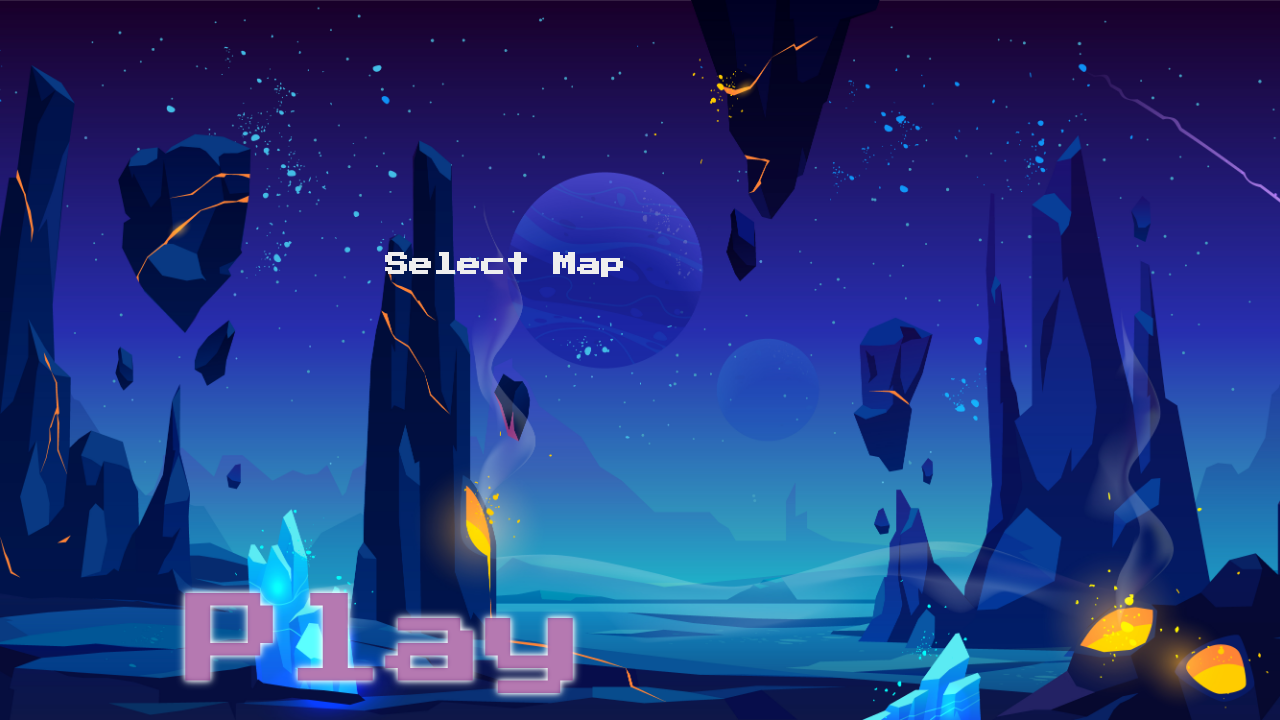
Repository: Gaurav31052/Fighting-game
Page: home.html
These files come from the project's save history. The page is drawn as it stood at one moment and after a run of saves; the edit follows.
The browser window is 1280 px wide. The pictures show the whole page.

Above is the page before, as saved 2024-06-06 23:26:52.

### home.html
<!DOCTYPE html>
<html lang="en">

<head>
    <meta charset="UTF-8">
    <meta name="viewport" content="width=device-width, initial-scale=1.0">
    <title>Document</title>
    <link href="https://fonts.googleapis.com/css2?family=Press+Start+2P&display=swap" rel="stylesheet">
    <link rel="stylesheet" href="style.css">
</head>

<body>


    <!-- carousel -->
    <div class="carousel">
        <!-- list item -->
        <div class="list">
            <div class="item">

                <div class="MapName">
                   <h1 id="name">Select Map</h1>
                </div>

                <img id="mainbox" src="img/home.jpg" alt="">

                <button id="btn"><a href='game.html'>Play</a></button>
            </div>

        </div>


        <!-- list thumnail -->
        <div class="thumbnail" id="about">

            <div class="item" id="bg1"><img class="myimg" src="./img/background1.jpg" alt=""></div>
            <div class="item" id="bg2"><img class="myimg" src="./img/background2.jpg" alt=""></div>
            <div class="item" id="bg3"><img class="myimg" src="./img/background3.jpg" alt=""></div>
            <div class="item" id="bg4"><img class="myimg" src="./img/background4.jpg" alt=""></div>
            <div class="item" id="bg5"><img class="myimg" src="./img/background5.jpg" alt=""></div>
            <div class="item" id="bg6"><img class="myimg" src="./img/background6.jpg" alt=""></div>
            <!-- <div class="item"><img src="img/background.jpg" alt=""></div>
                <div class="item"><img src="img/background.jpg" alt=""></div>
                <div class="item"><img src="img/background.jpg" alt=""></div>
                <div class="item"><img src="img/background.jpg" alt=""></div>
                <div class="item"><img src="img/background.jpg" alt=""></div> -->

        </div>


    </div>

    <script src="home.js"></script>

</body>

</html>

### style.css

body {
    margin: 0;
    background-color: #000;
    color: #eee;
    font-family: Poppins;
    font-size: 12px;
    overflow: hidden;
}

a {
    text-decoration: none;
    color: #8b2c84a2;
}

/* carousel */
.carousel {
    height: 100vh;
    width: 100vw;
    overflow: hidden;
    position: relative;
}

.carousel .list .item {
    width: 100%;
    height: 100%;
    position: absolute;
    inset: 0 0 0 0;

}

.carousel .list .item img {
    width: 100%;
    height: 100%;
    object-fit: cover;

}

.carousel .list .item button {

    position: absolute;
    top: 68.5%;
    left: 14%;
    font-size: 100px;
    font-family: "Press Start 2P", system-ui;
    text-align: center;
    padding-top: 100px;
    text-shadow: 0 0 10px #fff, 0 0 5px #fff;
    background: transparent;
    border: none;
}

.MapName {
    /* background: red; */
    position: absolute;
    height: 130px;
    width: 830px;
    top: 200px;
    left: 90px;
    display: flex;
    justify-content: space-around;
    align-items: center;
    font-family: "Press Start 2P", system-ui;
.MapName>h1{
    font-size: 120px;
}



/* thumbail */
.thumbnail {
    position: absolute;
    top: 6%;
    left: 65%;
    width: max-content;
    z-index: 100;
    gap: 15px;
    width: 460px;
    height: 615px;
    overflow: scroll;
    padding: 5px;
    padding-top: 20px;

    scroll-behavior: initial;
    display: flex;
    flex-direction: column;
    align-items: center;

}

.thumbnail .item {
    width: fit-content;
    flex-shrink: 0;
    position: relative;
    list-style-type: none;
    padding: 3px;
}

#about {
    scrollbar-width: none;
}

.thumbnail .item img {
    width: 90%;
    height: 100%;
    object-fit: cover;
    border-radius: 20px;
    box-shadow: 0 0 5px #fff, 0 0 5px #fff, 0 0 5px #fff, 0 0 5px #fff;
}

.myimg {
    filter: blur(3px);
}

.myimg:hover {
    filter: none;
    scale: 1.1;
    transition: 0.5s ease-in;
}

#leftimg {
    scale: 4;
}

#rightimg {
    scale: 3;
}

### home.js
let userchoice;

const setmap = document.getElementById("mainbox");
const choices = document.querySelectorAll(".myimg");
choices.forEach((e) => {
    e.addEventListener("click", () => {
        userchoice = e.getAttribute("src");
        setmap.src = userchoice;
        localStorage.setItem(1,userchoice);
        console.log(userchoice);
        if(userchoice === "./img/background1.jpg"){
            document.getElementById('name').innerHTML = "Bloom";
        }
        else if(userchoice === "./img/background2.jpg"){
            document.getElementById('name').innerHTML = "Skyris";
        }
        else if(userchoice === "./img/background3.jpg"){
            document.getElementById('name').innerHTML = "Night Hawl";
        }
        else if(userchoice === "./img/background4.jpg"){
            document.getElementById('name').innerHTML = "Caves";
        }
        else if(userchoice === "./img/background5.jpg"){
            document.getElementById('name').innerHTML = "Bind";
        }
        else if(userchoice === "./img/background6.jpg"){
            document.getElementById('name').innerHTML = "Forest";
        }
    })
});

var home_music =new Audio("./audio/background sound.mp3");
home_music.play();
home_music.loop=true;
home_music.volume=0.1;

After the next 2 saves:
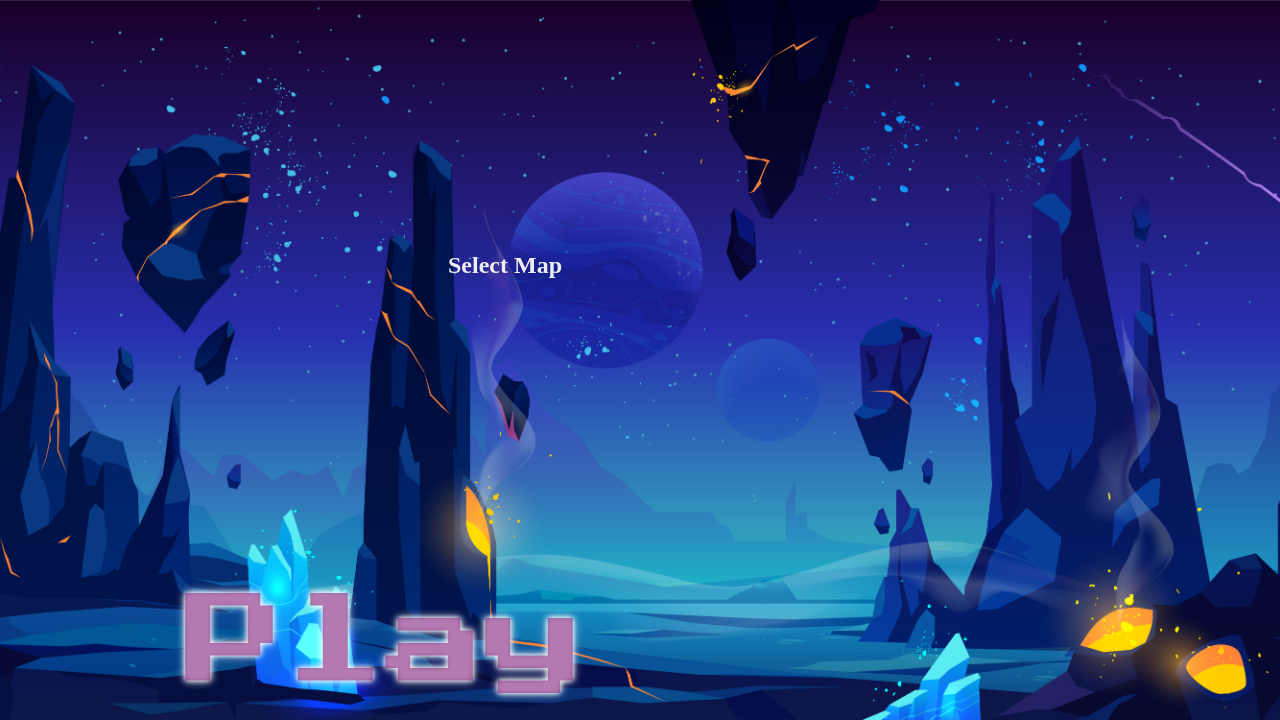
The 2 saves are shown as one change because they came seconds apart.
The last was saved 30 s later.
--- a/style.css
+++ b/style.css
@@ -60,7 +60,7 @@ a {
     display: flex;
     justify-content: space-around;
     align-items: center;
-    font-family: "Press Start 2P", system-ui;
+
 .MapName>h1{
     font-size: 120px;
 }
